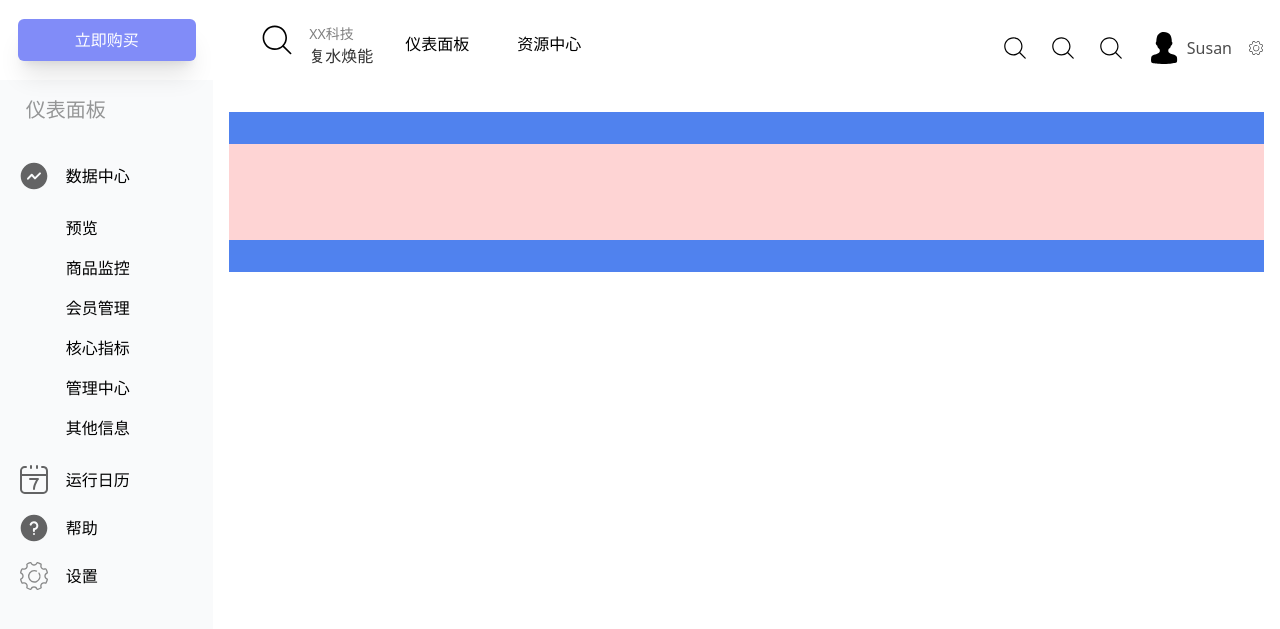
Repository: LiuRuohui/useWater
Page: /
The author's editor kept a copy of each file at every save. The page is drawn from the files as they stood at one save, then again after the next save.
The browser window is 1280 px wide. The pictures show the whole page.
The project was rebuilt for these pictures with package versions that can differ from the ones it lists, and the page was loaded fresh each time. Also part of the build but not shown: vite.config.js.

Above is the page before, as saved 2022-04-06 23:05:33.

After the next save:
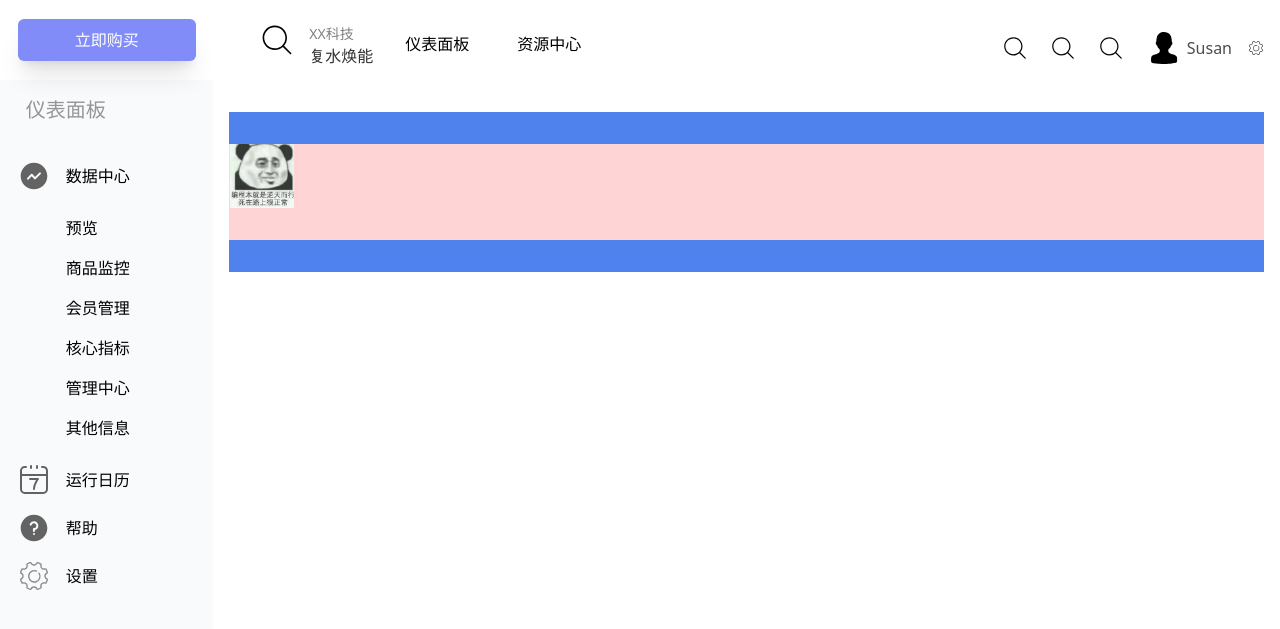
Saved 4 min 56 s later.
--- a/src/components/HelloWorld.vue
+++ b/src/components/HelloWorld.vue
@@ -64,7 +64,10 @@
       </div>
       <div class="m-4 bg-blue-600 h-40 opacity-80">
           <div class="flex flex-row h-24 bg-red-200 my-8">
+              <img src="../assets/测试图片.jpg" alt="" class="h-16">
+              <div class="">
 
+              </div>
           </div>
       </div>
   </div>
